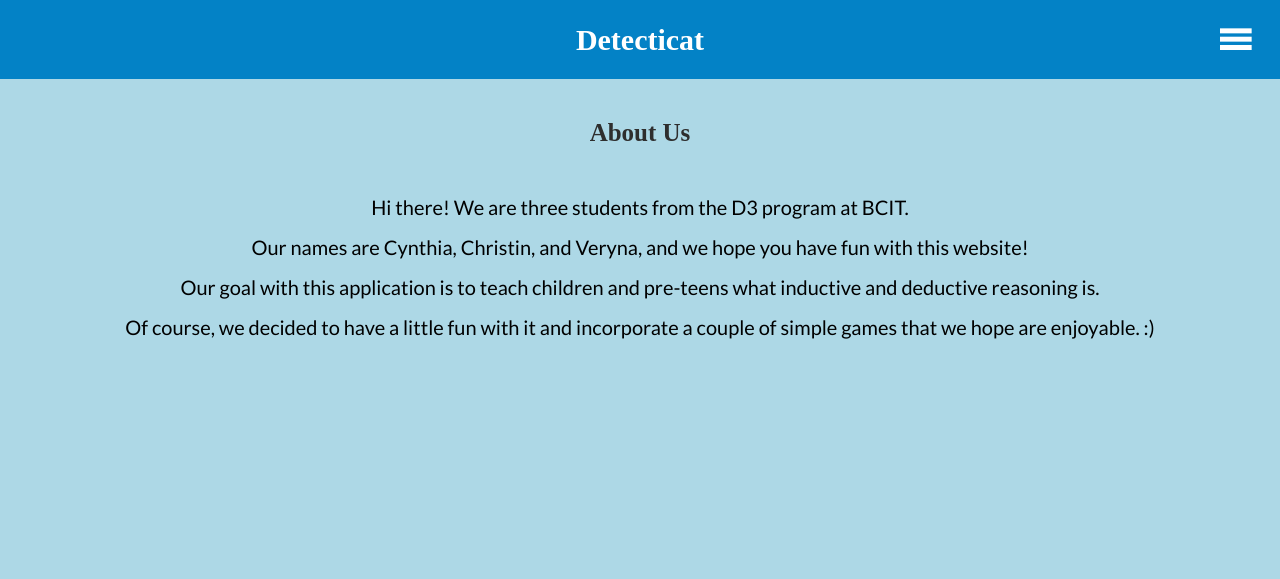
Repository: cynthiahcheng/Detecticat
Page: about page/about-us.html
These files come from the project's save history. The page is drawn as it stood at one moment and after the next save; the edit follows.
The browser window is 1280 px wide. The pictures show the whole page.

Above is the page before, as saved 2020-03-14 21:53:35.

After the next save:
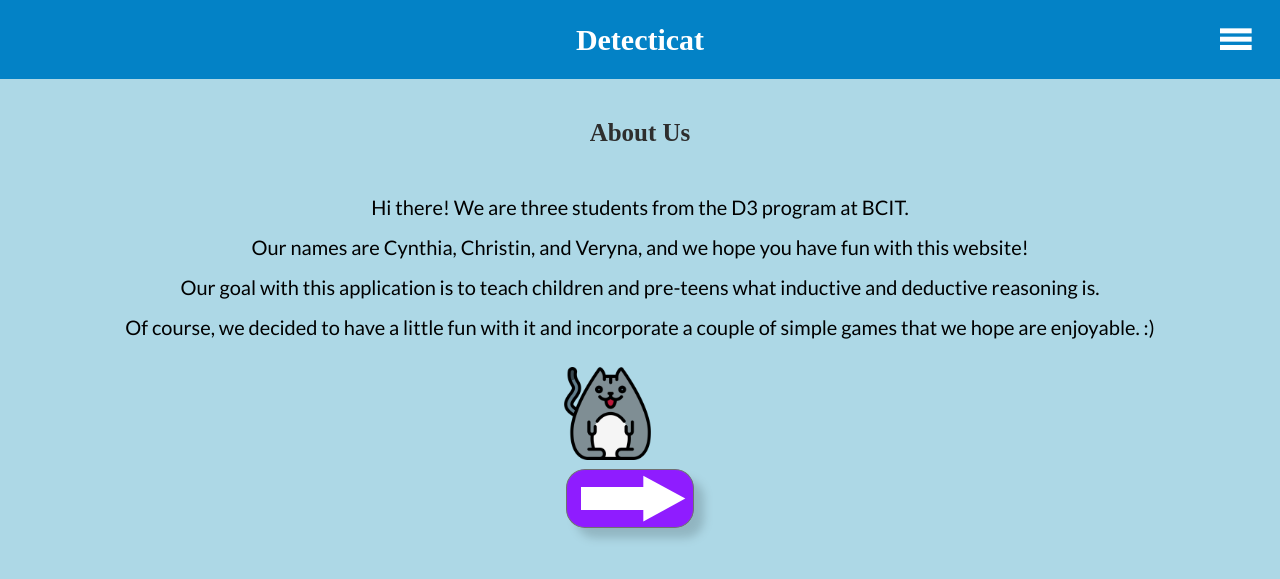
Saved 31 min 21 s later.
--- a/about page/about-us.html
+++ b/about page/about-us.html
@@ -39,7 +39,14 @@
              </P>
             </div>
 
-
+            <div id="footer">
+                <div class="footer_cat">
+                    <img class="cat" src="../svg/cat.svg">
+                </div>
+                <div class="footer_btn">
+                    <img src="../svg/arrow.svg">
+                </div>
+            </div>
 
         </div>
 
